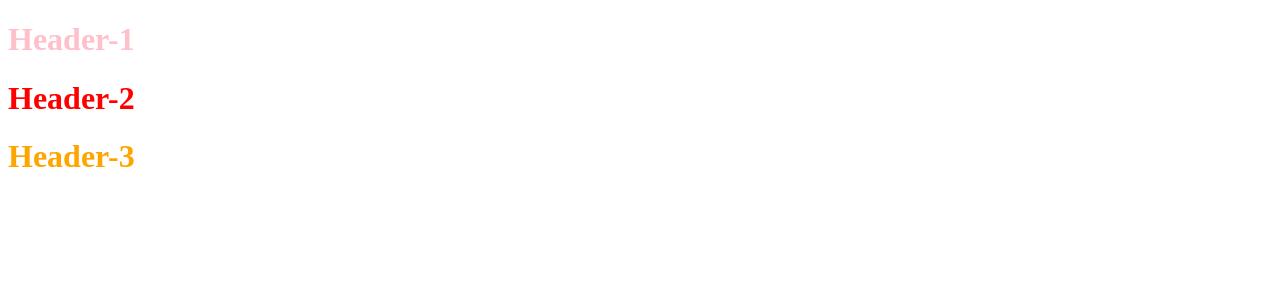
Repository: Junhee1412/front_end_practice
Page: jquery, bootstrap/js01_jquery/public/js13_style.html
These files come from the project's save history. The page is drawn as it stood at one moment and after the next save; the edit follows.
The browser window is 1280 px wide. The pictures show the whole page.

Above is the page before, as saved 2022-11-14 06:55:22.

After the next save:
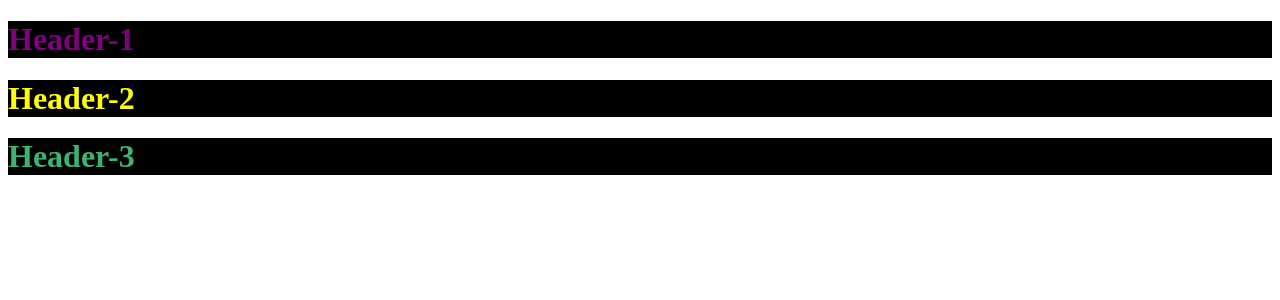
Saved 3 min 20 s later.
--- a/jquery, bootstrap/js01_jquery/public/js13_style.html
+++ b/jquery, bootstrap/js01_jquery/public/js13_style.html
@@ -16,7 +16,15 @@
 		$(function(){
 			//1. style속성읽기
 			var color = $('h1').css('color');
-			alert(color[0]);
+			//alert(color[0]);
+			//2. style 속성 추가 or 수정
+			$('h1').css('color', 'green');
+			//3. array, function
+			var colors=['purple', 'yellow', 'mediumseagreen']
+			$('h1').css({
+				color:function(index){return colors[index];},
+				backgroundColor: 'black'
+			});
 		});
 	</script>
 </head>
